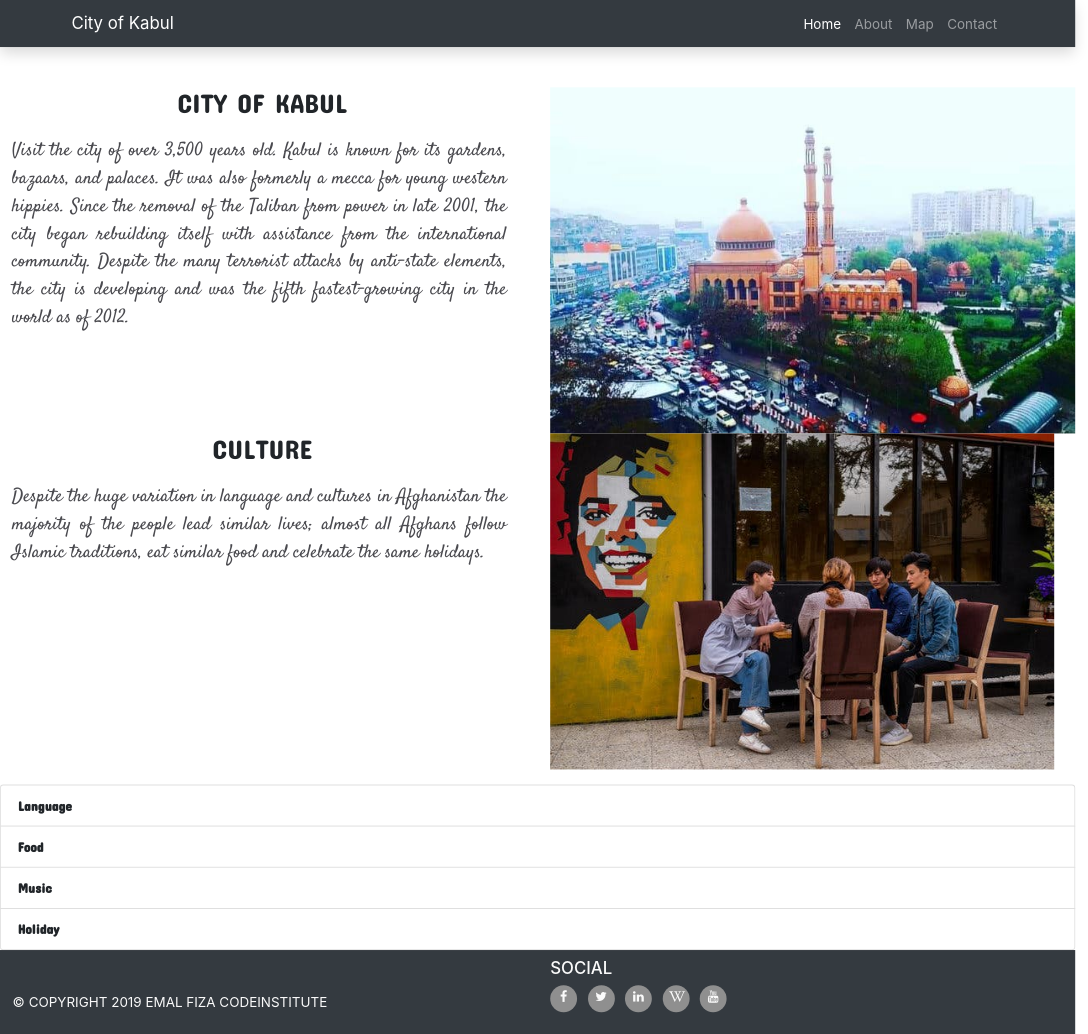
Repository: emalfiza/project-kabul
Page: about.html
The author's editor kept a record of every edit. The page is drawn from the files as they stood at one moment, then again after the next edit.
The browser window is 1280 px wide. The page is 1295 px wide, so the pictures cover 1295 px, including what lies to the right of the window. The pictures show the whole page, at 84% of full size.

Above is the page before.

After the next edit:
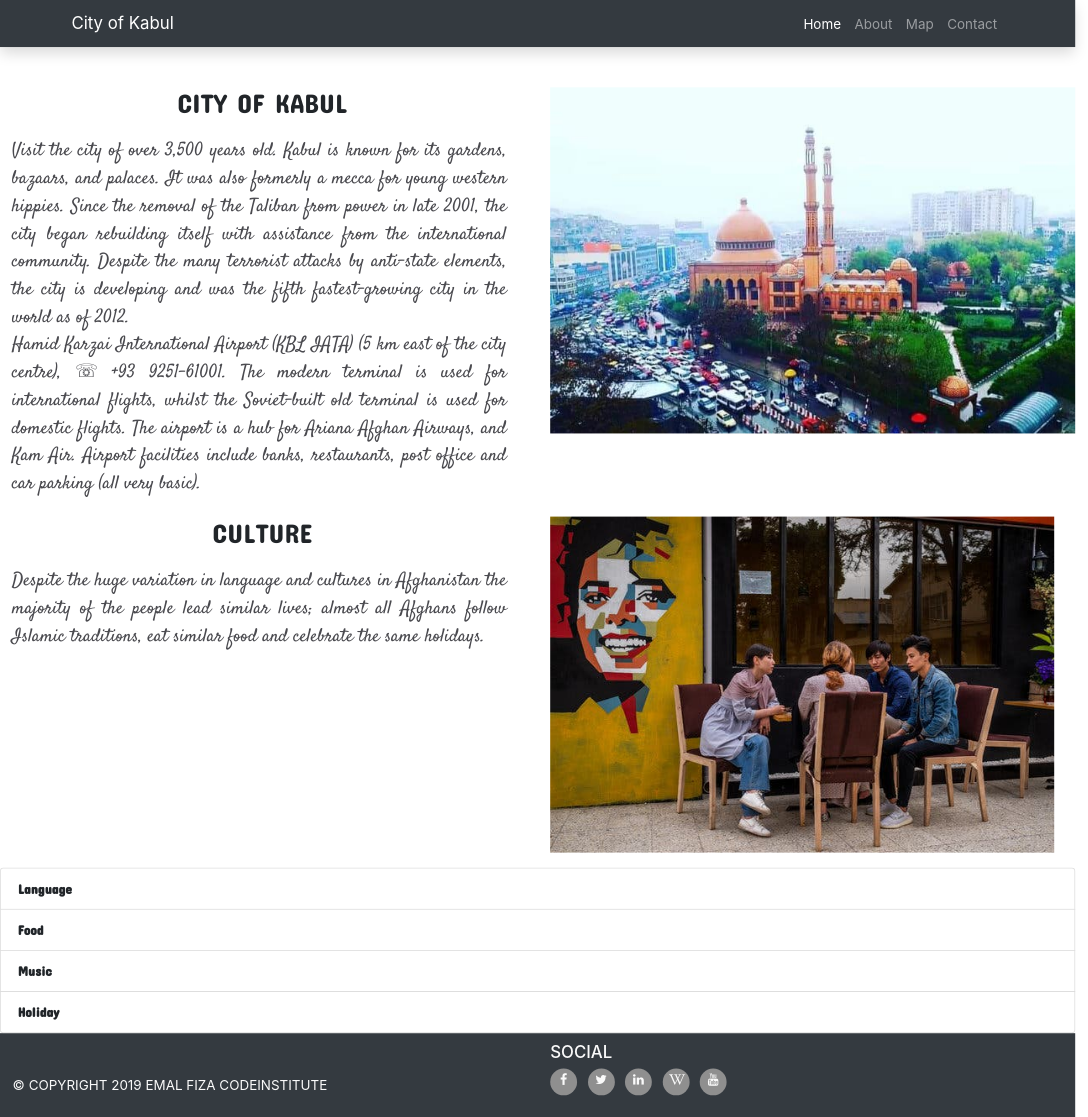
The edit:
--- a/about.html
+++ b/about.html
@@ -54,6 +54,10 @@
         <p class="section-paragraph">
           Visit the city of over 3,500 years old. Kabul is known for its gardens, bazaars, and palaces. It was also formerly a mecca for young western hippies. Since the removal of the Taliban from power in late 2001, the city began rebuilding itself with assistance
           from the international community. Despite the many terrorist attacks by anti-state elements, the city is developing and was the fifth fastest-growing city in the world as of 2012.
+          <br>
+          Hamid Karzai International Airport (KBL IATA) (5 km east of the city centre), ☏ +93 9251-61001.
+          The modern terminal is used for international flights, whilst the Soviet-built old terminal is used for domestic flights.
+          The airport is a hub for Ariana Afghan Airways, and Kam Air. Airport facilities include banks, restaurants, post office and car parking (all very basic).
         </p>
       </div>
       <div class="col-sm-6 city-kb">
